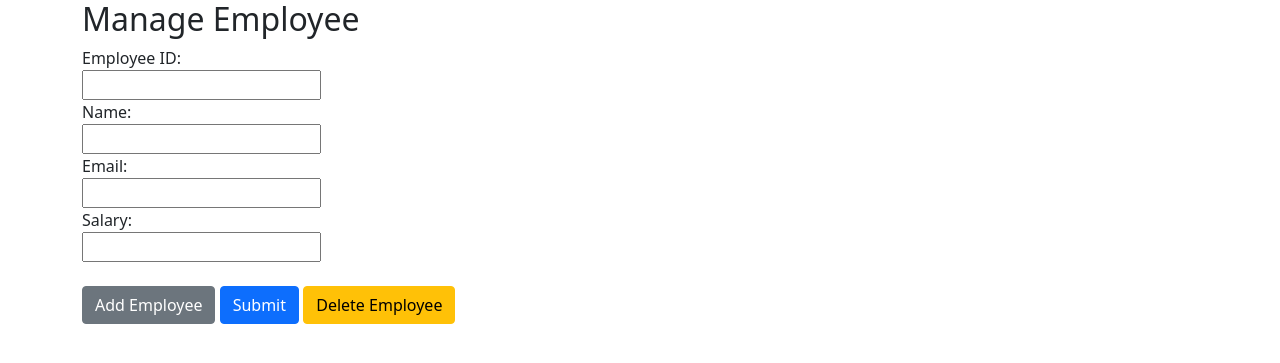
Repository: pradeep9689/monoceptAssignment
Page: http://localhost/08-jdbc-pool-connction/emplyeeAdd.jsp
The author's editor kept a copy of each file at every save. The page is drawn from the files as they stood at one save, then again after the next save.
The browser window is 1280 px wide. The pictures show the whole page.
The page is served by Tomcat 9.

Above is the page before, as saved 2024-07-16 17:30:33.

After the next save:
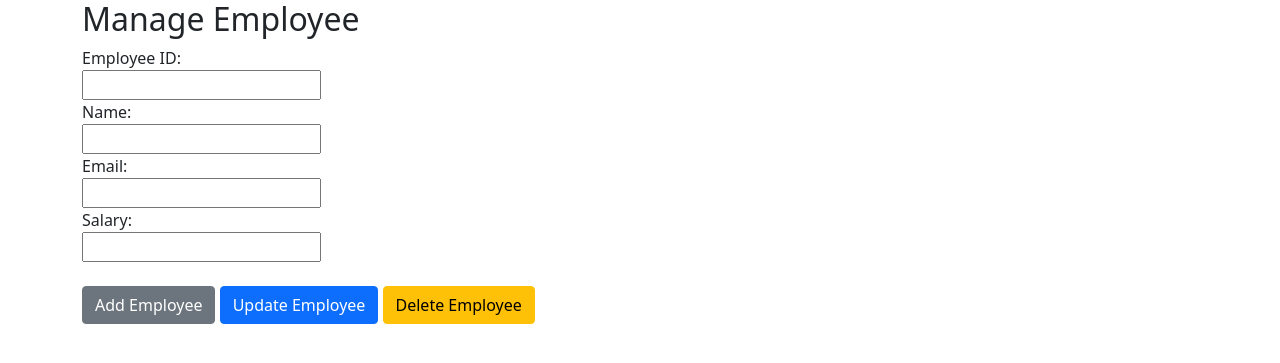
Saved 30 s later.
--- a/08-jdbc-pool-connction/WebContent/emplyeeAdd.jsp
+++ b/08-jdbc-pool-connction/WebContent/emplyeeAdd.jsp
@@ -21,7 +21,7 @@
         <input type="text" id="salary" name="salary"><br><br>
         <input type="hidden" id="action" name="action" value="add">
         <input type="submit" class="btn btn-secondary" value="Add Employee" onclick="document.getElementById('action').value='add';">
-        <input type="submit" class="btn btn-primary" "value="Update Employee" onclick="document.getElementById('action').value='update';">
+        <input type="submit" class="btn btn-primary" value="Update Employee" onclick="document.getElementById('action').value='update';">
         <input type="submit" class="btn btn-warning" value="Delete Employee" onclick="document.getElementById('action').value='delete';">
     </form>
     </div>
